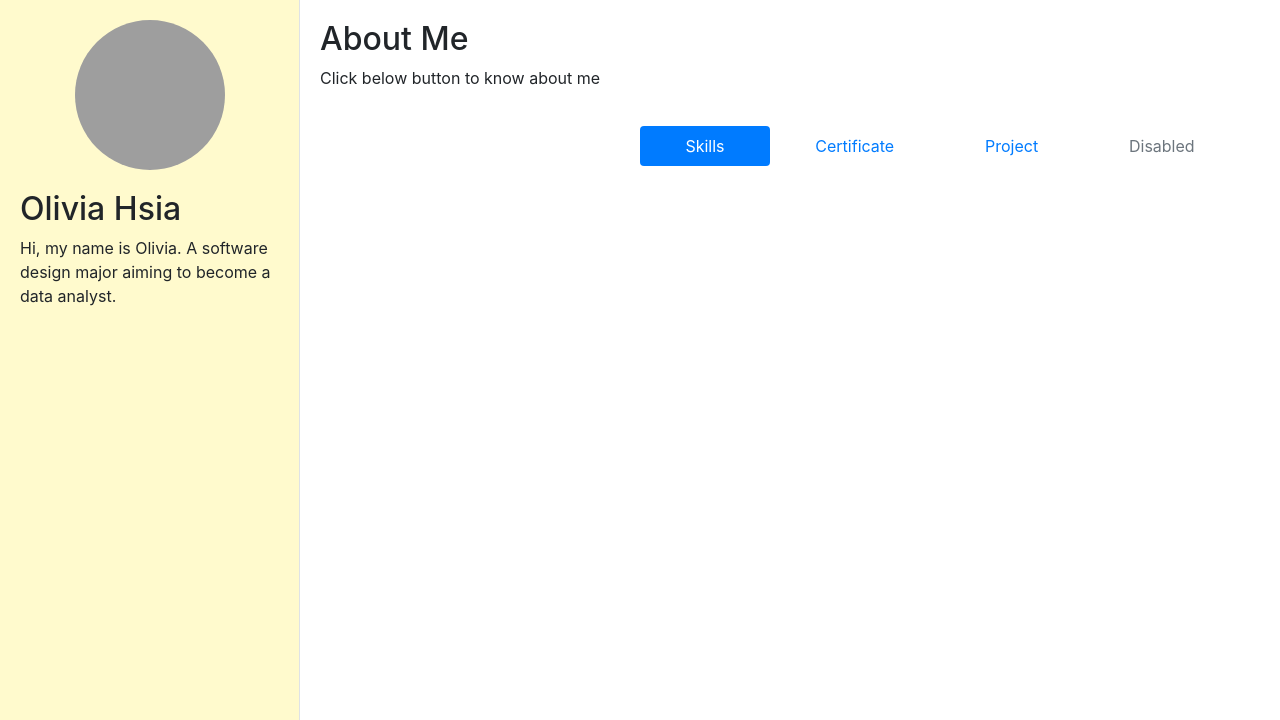
Repository: oliviahsia/FinalProject
Page: src/main/webapp/WEB-INF/main.html
The author's editor kept a copy of each file at every save. The page is drawn from the files as they stood at one save, then again after the next save.
The browser window is 1280 px wide. The pictures show the whole page.
Pictures or frames that could not be fetched are drawn as grey boxes. An inner scrolling area shows only its first screen. Some web libraries are served in a nearby version.

Above is the page before, as saved 2024-03-09 15:45:44.

### src/main/webapp/WEB-INF/main.html
<!DOCTYPE html>
<html lang="en">

<head>
  <meta charset="UTF-8">
  <meta name="viewport" content="width=device-width, initial-scale=1.0">
  <title>Olivia's Portfolio</title>

  <!-- Bootstrap CSS -->
  <link rel="stylesheet" href="https://stackpath.bootstrapcdn.com/bootstrap/4.5.2/css/bootstrap.min.css">
  <!-- External CSS File -->
  <link rel="stylesheet" href="main.css">
</head>

<body>
  <div class="fixed-left">
    <!-- Content in left column -->
    <img src="https://lh3.googleusercontent.com/a/ACg8ocKWVQM9hWLLmIxDOQ-8DDjxv5seJuP0P7FXzxbhLupS1Ffm=s576-c-no" alt="Olivia Hsia" class="profile-pic">
    <h2>Olivia Hsia</h2>
    <p>Hi, my name is Olivia. A software design major aiming to become a data analyst. </p>
  </div>

  <div class="scrollable-right">
    <!-- Content in right column -->
    <h2>About Me</h2>
    <p>Click below button to know about me</p>

    <div class="scrollable-right">
      <!-- Navigation buttons -->

      <!-- Navigation buttons replaced with Bootstrap nav-pills -->

      <ul class="nav nav-pills nav-fill">
        <li class="nav-item">
          <a class="nav-link active" href="#" onclick="showSection('Skills',this)">Skills</a>
        </li>
        <li class="nav-item">
          <a class="nav-link" href="#" onclick="showSection('Certificate',this)">Certificate</a>
        </li>
        <li class="nav-item">
          <a class="nav-link" href="#" onclick="showSection('Project',this)">Project</a>
        </li>
          <li class="nav-item">
            <a class="nav-link disabled" href="#">Disabled</a>
          </li>

      </ul>


      <!-- Content sections -->
      <div id="Skills" class="content-section">
        <h2>Skills</h2>
        <div class="card">
          <img src="https://www.google.com/imgres?imgurl=https%3A%2F%2Flogos-world.net%2Fwp-content%2Fuploads%2F2022%2F07%2FJava-Logo.png&tbnid=kdcmbBGAGkO9eM&vet=12ahUKEwi7gsfZtueEAxUOQEEAHVQsBe8QMygCegQIARBM..i&imgrefurl=https%3A%2F%2Flogos-world.net%2Fjava-logo%2F&docid=IvI-Yker4lC4aM&w=3840&h=2160&q=java%20image&ved=2ahUKEwi7gsfZtueEAxUOQEEAHVQsBe8QMygCegQIARBM" alt="Java Image">
          <h3>Skill Name</h3>
          <p>Description of Skill</p>
        </div>
        <!-- Add more cards as needed -->
      </div>


      <div id="Certificate" class="content-section" style="display: none;">
        <h2>Certificates</h2>
        <div class="card">
          <img src="path-to-your-image.jpg" alt="Certificate Image">
          <h3>Certificate Name</h3>
          <p>Description of Certificate</p>
        </div>
        <!-- Add more cards as needed -->
      </div>

      <div id="Project" class="content-section" style="display: none;">
        <h2>Projects</h2>
        <div class="card">
          <img src="path-to-your-image.jpg" alt="Project Image">
          <h3>Project Name</h3>
          <p>Description of Project</p>
        </div>
        <!-- Add more cards as needed -->
      </div>


    </div>

    <!-- Add more content as needed to enable scrolling -->
  </div>

  <!-- Bootstrap JS and dependencies (Optional) -->
  <script src="https://code.jquery.com/jquery-3.5.1.slim.min.js"></script>
  <script src="https://cdn.jsdelivr.net/npm/@popperjs/core@2.5.4/dist/umd/popper.min.js"></script>
  <script src="https://stackpath.bootstrapcdn.com/bootstrap/4.5.2/js/bootstrap.min.js"></script>

  <script src="js/script.js"></script>
</body>

</html>

### src/main/webapp/WEB-INF/main.css
/* Custom styles */
body,
html {
  height: 100%;
  margin: 0;
  /* Remove default margin */
}

.fixed-left {
  position: fixed;
  top: 0;
  left: 0;
  width: 300px;
  /* Set the width of the left column */
  height: 100%;
  background-color: #FFFACD;
  /* Goose yellow for the left column */
  border-right: 1px solid #dee2e6;
  /* Optional border */
  overflow-x: hidden;
  /* Prevent horizontal scrollbar */
  padding: 20px;
  /* Optional padding */
}

.profile-pic {
  width: 150px;
  /* Adjust the size as needed */
  height: 150px;
  /* Adjust the size as needed */
  border-radius: 50%;
  /* Makes the image round */
  display: block;
  /* To center the image in the div */
  margin: 0 auto 20px;
  /* Centers the image and adds space below */
}

.scrollable-right {
  margin-left: 300px;
  /* Same as the width of the left column */
  padding: 20px;
  height: 100%;
  overflow-y: auto;
  /* Enable vertical scrollbar if content overflows */
  background-color: #FFFFFF;
  /* White for the right column */
}

.navigation-buttons button {
  padding: 10px;
  margin-right: 5px;
  cursor: pointer;
}

.nav-button.active {
  background-color: #f00;
  /* Red color for active button */
  color: #fff;
  /* White text color */
  /* Add other styles as needed */
}

.content-section {
  display: none;
  /* Hide all sections by default */
}


.content-section .card {
  border: 1px solid #ddd;
  /* 卡片的边框 */
  padding: 20px;
  /* 内部空间 */
  margin-bottom: 20px;
  /* 底部外边距 */
  text-align: center;
  /* 文本居中 */
}

.content-section .card img {
  width: 100%;
  /* 图片宽度 */
  max-width: 200px;
  /* 最大宽度 */
  height: auto;
  /* 高度自动 */
  margin-bottom: 10px;
  /* 图片与标题之间的空间 */
}

/* Initial visible section */
#all {
  display: block;
}

### src/main/webapp/WEB-INF/js/script.js
function showSection(sectionId,button) {
  // First Hide all sections
  var sections = document.getElementsByClassName('content-section');
  for (var i = 0; i < sections.length; i++) {
    sections[i].style.display = 'none';
  }

  // Remove active class from all buttons
  var buttons = document.getElementsByClassName('nav-button');
  for (var i = 0; i < buttons.length; i++) {
    buttons[i].classList.remove('active');
  }

  // Show the selected section
  document.getElementById(sectionId).style.display = 'block';

  // Add active class to the clicked button
  button.classList.add('active');
}

After the next save:
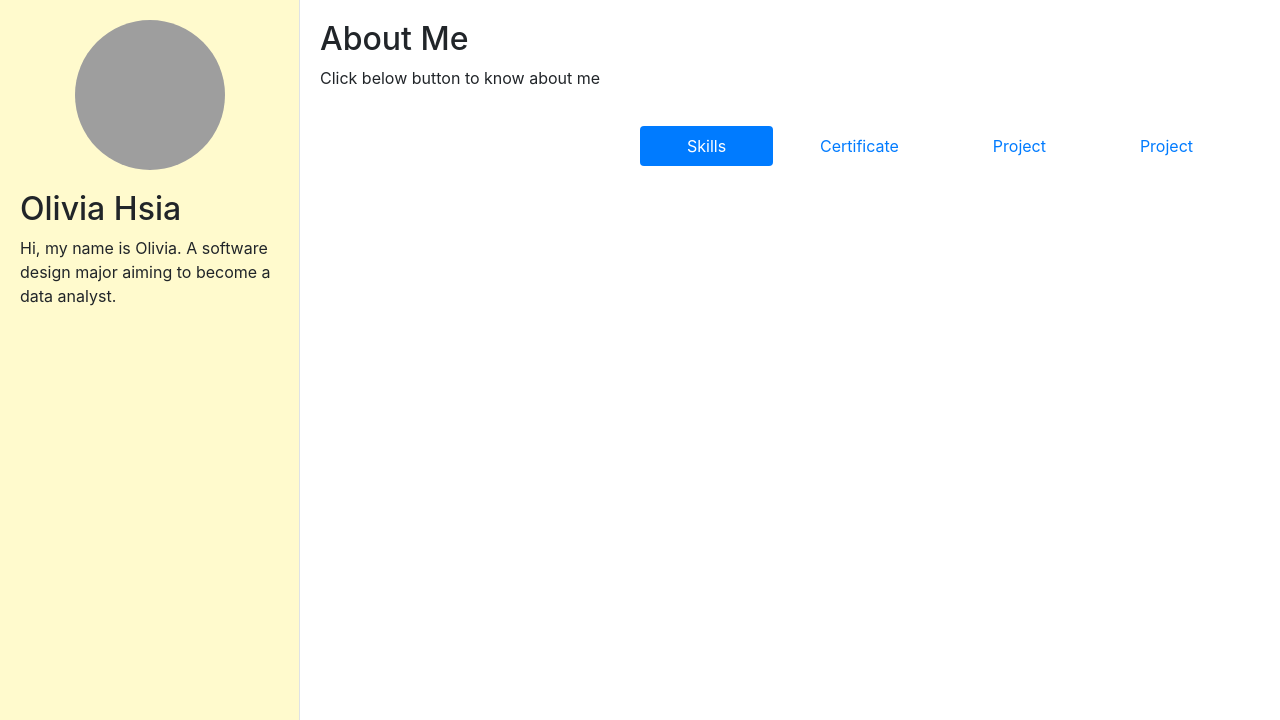
Saved 15 s later.
--- a/src/main/webapp/WEB-INF/main.html
+++ b/src/main/webapp/WEB-INF/main.html
@@ -40,9 +40,9 @@
         <li class="nav-item">
           <a class="nav-link" href="#" onclick="showSection('Project',this)">Project</a>
         </li>
-          <li class="nav-item">
-            <a class="nav-link disabled" href="#">Disabled</a>
-          </li>
+            <li class="nav-item">
+              <a class="nav-link" href="#" onclick="showSection('Project',this)">Project</a>
+            </li>
 
       </ul>
 
